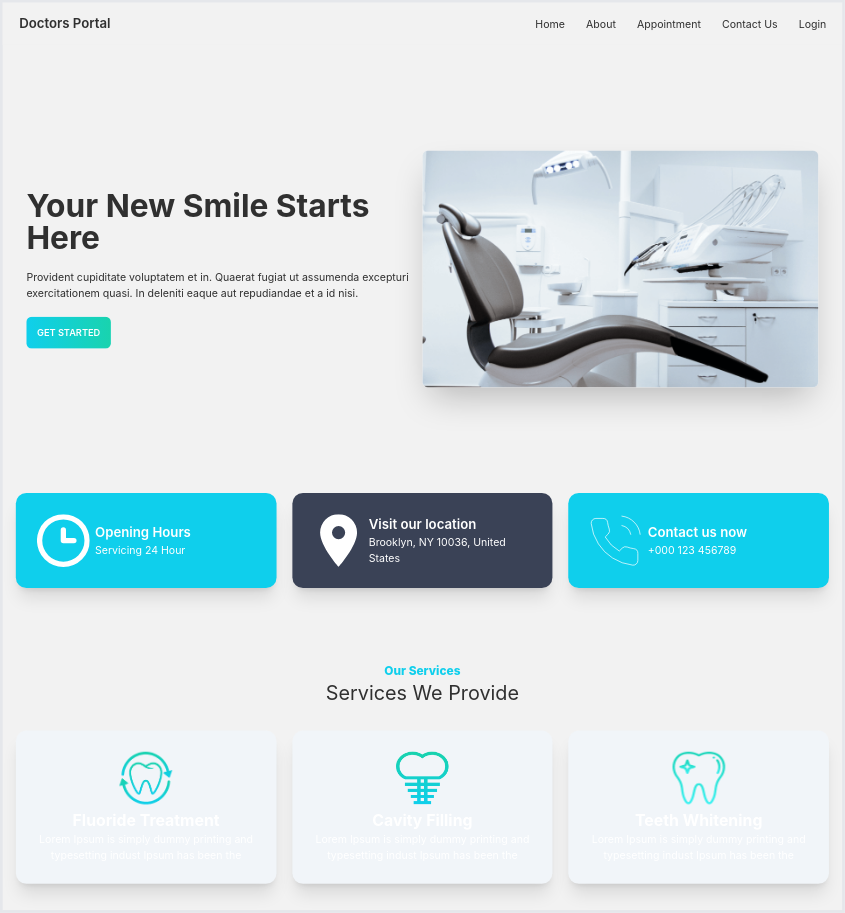
Repository: Samad77/Doctorportal-Client
Page: /
An editor plug-in stored every save of this project. The page is shown before and after the next save, followed by the edit.
The browser window is 1280 px wide. The pictures show the whole page, at 66% of full size.
The project was rebuilt for these pictures with package versions that can differ from the ones it lists, and the page was loaded fresh each time. Also part of the build but not shown: src/Pages/Login/Login.js.

Above is the page before, as saved 2022-11-12 18:38:53.

### src/App.js
import logo from './logo.svg';
import './App.css';
import {RouterProvider} from 'react-router-dom'
import router from './Layout/Routes/Routes';
import Cards from './Pages/Home/Cards/Cards';
function App() {
  return (
    <div className="App max-w-[1440px] mx-auto border-4">
      <RouterProvider router={router}>

      </RouterProvider>
    </div>
  );
}

export default App;

### src/Layout/Routes/Routes.js
import { createBrowserRouter } from "react-router-dom";
import Home from "../../Pages/Home/Home";
import Login from "../../Pages/Login/Login";
import Main from "../Main/Main";

const router = createBrowserRouter([
    {path : "/",
    element : <Main></Main>,
    children : [
        {path : '/', element : <Home></Home>,},
        {path: '/home', element : <Home></Home>},
        {path: '/login', element : <Login></Login>},
    ]
    }
])

export default router;

### src/Pages/Home/Cards/Cards.js
import React from 'react';
import img1 from '../../../assets/icons/clock.svg'
import img2 from '../../../assets/icons/marker.svg'
import img3 from '../../../assets/icons/phone.svg'
import img4 from '../../../assets/icons/quote.svg'

const Cards = () => {
    return (
        <section className='grid grid-cols-1 gap-6 md:grid-cols-2 lg:grid-cols-3 my-28'>
            <div className="card  bg-primary text-white shadow-xl">
                <div className="card-body flex flex-col items-center  lg:flex-row">
                    <div className=''>
                        <img src={img1} alt="" className='w-20 h-20'/>
                    </div>
                    <div className='text-left'>
                        <h2 className="card-title">Opening Hours</h2>
                        <p>Servicing 24 Hour</p>
                    </div>

                </div>
            </div>

            <div className="card  bg-neutral text-white shadow-xl">
                <div className="card-body flex flex-col items-center  lg:flex-row">
                    <div className=''>
                        <img src={img2} alt="" className='w-20 h-20'/>
                    </div>
                    <div className='text-left'>
                        <h2 className="card-title">Visit our location</h2>
                        <p>Brooklyn, NY 10036, United States</p>
                    </div>

                </div>
            </div>

            <div className="card  bg-primary text-white shadow-xl">
                <div className="card-body flex flex-col items-center  lg:flex-row">
                    <div className=''>
                        <img src={img3} alt="" className='w-20 h-20'/>
                    </div>
                    <div className='text-left'>
                        <h2 className="card-title">Contact us now</h2>
                        <p>+000 123 456789</p>
                    </div>

                </div>
            </div>
        </section>
    );
};

export default Cards;

### src/Pages/Home/Home.js
import React from 'react';
import Banner from './Banner/Banner';
import Cards from './Cards/Cards';
import Services from './Services/Services';

const Home = () => {
    return (
        <div className='mx-5'>
            <Banner></Banner>
            <Cards></Cards>
            <Services></Services>
        </div>
    );
};

export default Home;

### src/Layout/Main/Main.js
import React from 'react';
import Footer from '../../Pages/Shared/Footer/Footer';
import Navbar from '../../Pages/Shared/Navbar/Navbar';
import {Outlet} from 'react-router-dom'
const Main = () => {
    return (
        <div>
            <Navbar></Navbar>
                <Outlet></Outlet>
            <Footer></Footer>
        </div>
    );
};

export default Main;

### src/Pages/Home/Banner/Banner.js
import React from 'react';
import img1 from '../../../assets/images/chair.png'
import PrimaryButton from '../../../Components/PrimaryButton/PrimaryButton';
const Banner = () => {
    return (
        <div className="hero bg-base-100 my-36">
            <div className="hero-content flex-col lg:flex-row-reverse">
                <img src={img1} className=" rounded-lg shadow-2xl lg:w-1/2" />
                <div className='text-left'>
                <h1 className="text-5xl font-bold">Your New Smile Starts Here</h1>
                <p className="py-6">Provident cupiditate voluptatem et in. Quaerat fugiat ut assumenda excepturi exercitationem quasi. In deleniti eaque aut repudiandae et a id nisi.</p>
                <PrimaryButton>Get Started</PrimaryButton>
                </div>
            </div>
        </div>
    );
};

export default Banner;

### src/Pages/Home/Services/Services.js
import React from 'react';
import img1 from '../../../assets/images/fluoride.png'
import img2 from '../../../assets/images/cavity.png'
import img3 from '../../../assets/images/whitening.png'
const Services = () => {
    const allServices = [
        {
            img : img1,
            name : "Fluoride Treatment",
            about : "Lorem Ipsum is simply dummy printing and typesetting indust Ipsum has been the"
        },
        {
            img : img2,
            name : "Cavity Filling",
            about : "Lorem Ipsum is simply dummy printing and typesetting indust Ipsum has been the"
        },
        {
            img : img3,
            name : "Teeth Whitening",
            about : "Lorem Ipsum is simply dummy printing and typesetting indust Ipsum has been the"
        },
    ]
    return (

        <section>

            <div className=''>
                <h1 className='text-primary text-lg font-extrabold'>Our Services</h1>
                <p className='text-3xl'>Services We Provide</p>
            </div>

            <div className='grid grid-cols-1 gap-6 my-10 md:grid-cols-2 lg:grid-cols-3'>

            {
                allServices.map( service => <Service key={service.name} service={service}></Service>)
            }
            </div>
        </section>

    );
};

const Service = ({service}) => {
    return (
        <div className="card  bg-primary text-white shadow-xl bg-slate-100 text-black ">
            <div className="card-body flex flex-col items-center  ">
                <div className=''>
                    <img src={service.img} alt="" className='w-20 h-20'/>
                </div>
                <div className=''>
                    <h2 className="text-2xl font-bold">{service.name}</h2>
                    <p>{service.about}</p>
                </div>
            </div>
        </div>


    )
}
export default Services;

### src/Pages/Shared/Navbar/Navbar.js
import React from 'react';
import {Link} from 'react-router-dom'
const Navbar = () => {

    const menuItems =

    <React.Fragment>
        <li><Link to="/home">Home</Link></li>
        <li><Link to="/about">About</Link></li>
        <li><Link to="/appointment">Appointment</Link></li>
        <li><Link to="/contact">Contact Us</Link></li>
        <li><Link to="/login">Login</Link></li>
    </React.Fragment>

    return (
        <div className="navbar bg-base-100 flex justify-between">
  <div className="navbar-start">
    <div className="dropdown">
      <label tabIndex={0} className="btn btn-ghost lg:hidden">
        <svg xmlns="http://www.w3.org/2000/svg" className="h-5 w-5" fill="none" viewBox="0 0 24 24" stroke="currentColor"><path strokeLinecap="round" strokeLinejoin="round" strokeWidth="2" d="M4 6h16M4 12h8m-8 6h16" /></svg>
      </label>
      <ul tabIndex={0} className="menu menu-compact dropdown-content mt-3 p-2 shadow rounded-box w-52">
            {menuItems}
      </ul>
    </div>
    <Link to='/' className="btn btn-ghost normal-case text-xl">Doctors Portal</Link>
  </div>
  <div className="navbar-center hidden lg:flex">
    <ul className="menu menu-horizontal p-0">
        {menuItems}
    </ul>
  </div>

</div>
    );
};

export default Navbar;

### src/Components/PrimaryButton/PrimaryButton.js
import React from 'react';

const PrimaryButton = ({children}) => {
    return (
        <button className="btn btn-primary border-0 bg-gradient-to-r from-primary to-secondary text-white">{children}</button>
    );
};

export default PrimaryButton;

### tailwind.config.js
/** @type {import('tailwindcss').Config} */
module.exports = {
  content: ["./src/**/*.{js,jsx,ts,tsx}"],
  theme: {
    extend: {},
  },
  daisyui : {
    themes : [

    {
      doctorThemes: {

primary: "#0FCFEC",

secondary: "#19D3AE",

neutral: "#3A4256",

"base-100": "#F2F2F2",

      },
    },
  ]
  },
  plugins: [require("daisyui")],
}

### src/Pages/Home/MakeAppointment/MakeAppointment.js
import React from 'react';
import img1 from '../../../assets/images/appointment.png'
import doctor from '../../../assets/images/doctor.png'

const MakeAppointment = () => {
    return (
        <div className="hero min-h-screen bg-base-200">
  <div className="hero-content flex-col lg:flex-row-reverse">
    <div className="text-center lg:text-left">
      <h1 className="text-5xl font-bold">Login now!</h1>
      <p className="py-6">Provident cupiditate voluptatem et in. Quaerat fugiat ut assumenda excepturi exercitationem quasi. In deleniti eaque aut repudiandae et a id nisi.</p>
    </div>
    <div className="card flex-shrink-0 w-full max-w-sm shadow-2xl bg-base-100">
       <img src={doctor} alt="" />
    </div>
  </div>
</div>
    );
};

export default MakeAppointment;

Loaded but not shown: public/index.html (common file); src/index.js (common file); src/index.css (common file); src/reportWebVitals.js (common file); src/App.css (common file); src/Pages/Shared/Footer/Footer.js (common file)

After the next save:
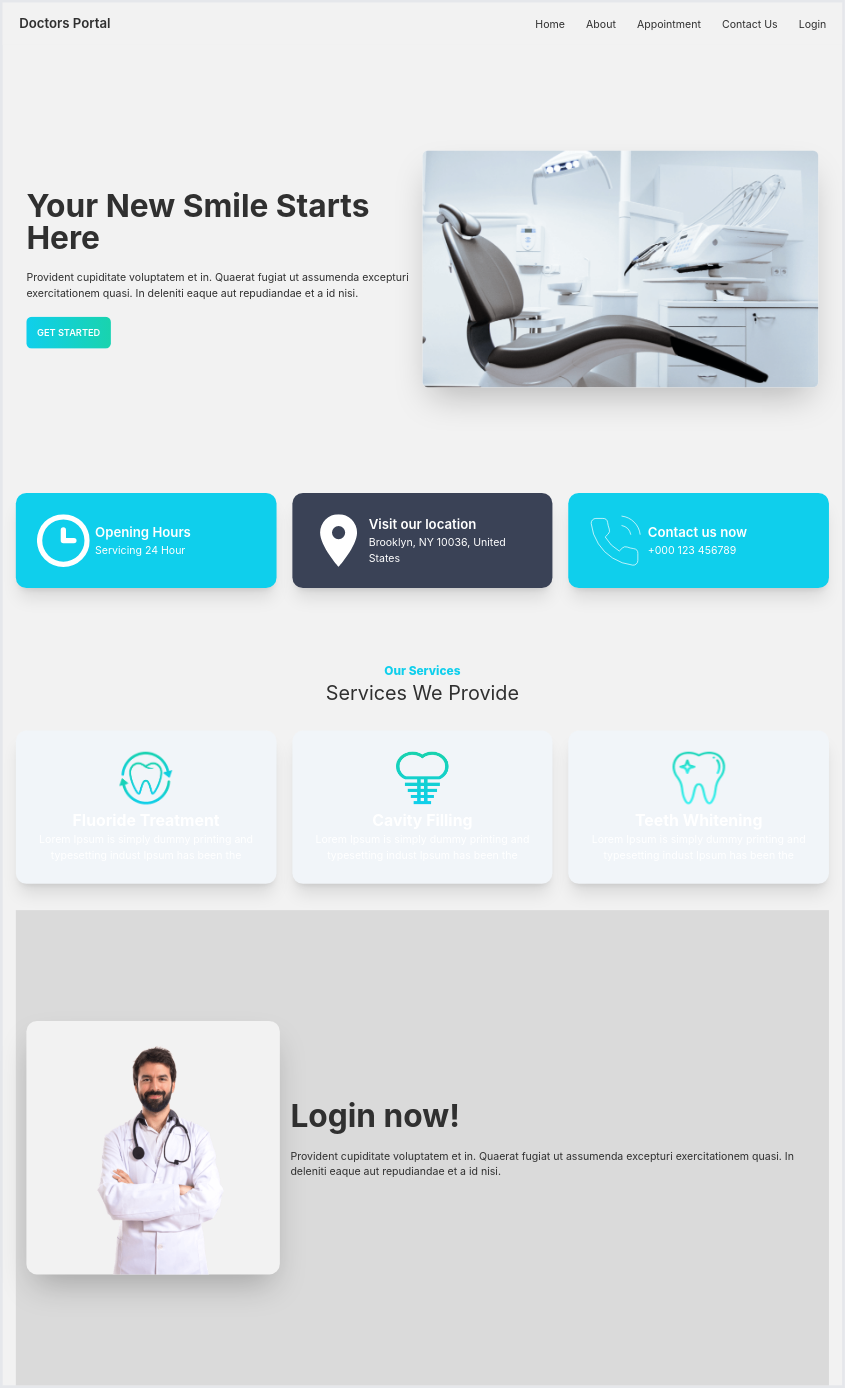
Saved 13 s later.
--- a/src/Pages/Home/Home.js
+++ b/src/Pages/Home/Home.js
@@ -1,6 +1,7 @@
 import React from 'react';
 import Banner from './Banner/Banner';
 import Cards from './Cards/Cards';
+import MakeAppointment from './MakeAppointment/MakeAppointment';
 import Services from './Services/Services';
 
 const Home = () => {
@@ -9,6 +10,7 @@ const Home = () => {
             <Banner></Banner>
             <Cards></Cards>
             <Services></Services>
+            <MakeAppointment></MakeAppointment>
         </div>
     );
 };
